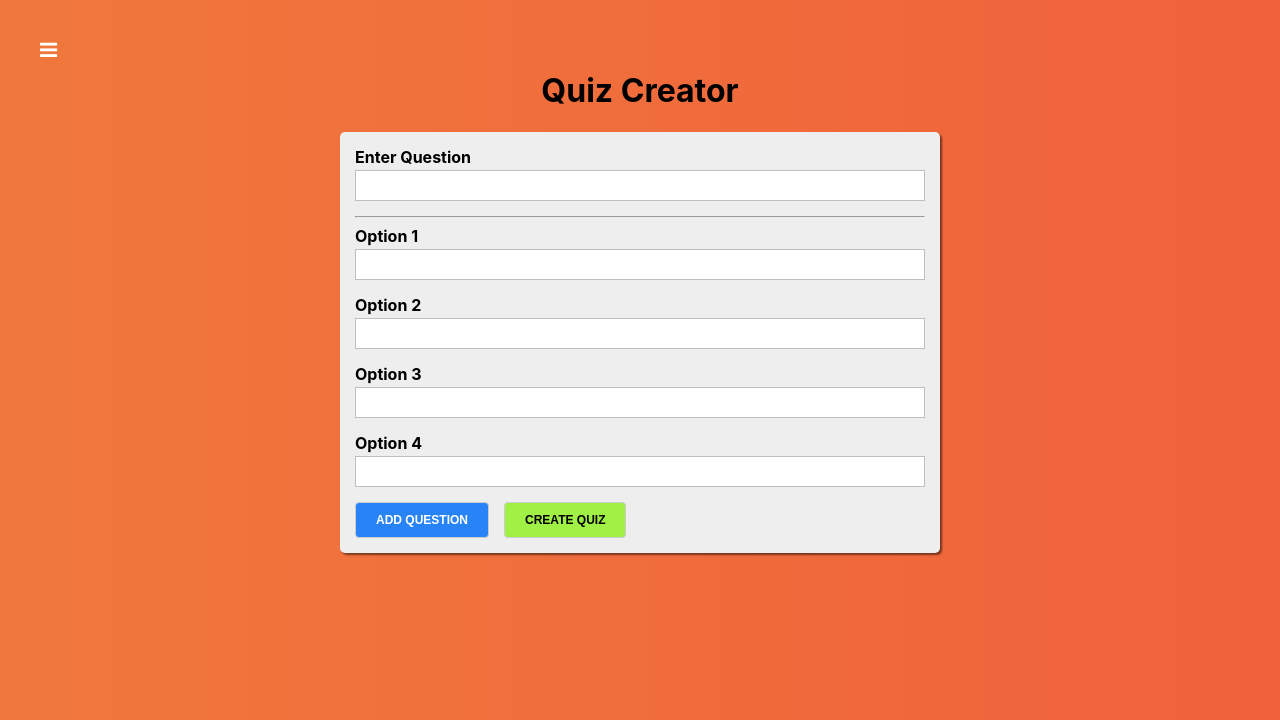
Repository: GregorPiev/react-quizes
Page: /quiz-creator
The author's editor kept a copy of each file at every save. The page is drawn from the files as they stood at one save, then again after the next save.
The browser window is 1280 px wide. The pictures show the whole page.
The project was rebuilt for these pictures with package versions that can differ from the ones it lists, and the page was loaded fresh each time. Also part of the build but not shown: src/components/UI/Backdrop/Backdrop.module.css, src/components/UI/Backdrop/Backdrop.js, src/container/Quiz/Quiz.module.css, src/components/ActiveQuiz/ActiveQuiz.module.css, src/components/ActiveQuiz/AnswersList/AnswersList.module.css, src/components/ActiveQuiz/AnswersList/AnswerItem/AnswerItem.module.css, src/components/ActiveQuiz/AnswersList/AnswerItem/AnswerItem.js, src/components/ActiveQuiz/AnswersList/AnswersList.js and 8 more.

Above is the page before, as saved 2020-07-14 13:08:00.

After the next save:
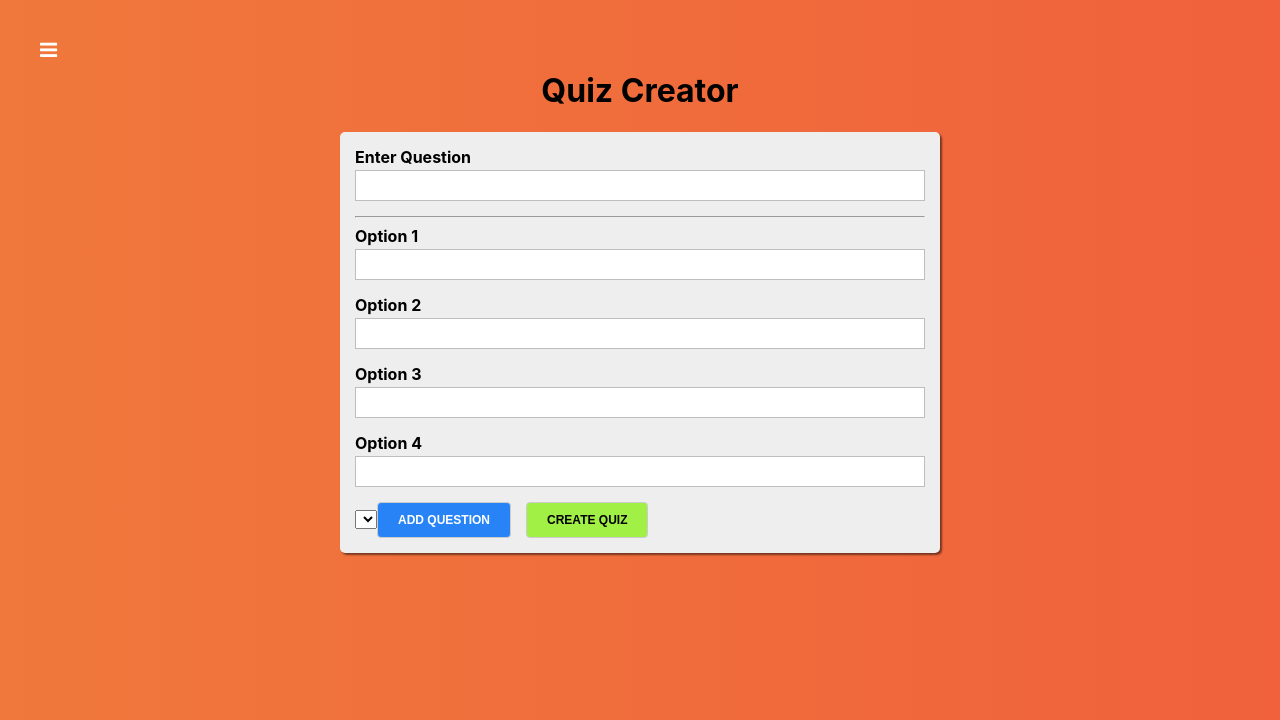
Saved 2 h 1 min later.
--- a/src/container/QuizCreator/QuizCreator.js
+++ b/src/container/QuizCreator/QuizCreator.js
@@ -89,7 +89,7 @@ export default class QuizCreator extends React.Component {
                     <h1>Quiz Creator</h1>
                     <form onSubmit={this.submitHandler}>
                         {this.renderControls()}
-
+                        <select></select>
                         <Button
                             type="primary"
                             click={this.addQuestionHandle}
